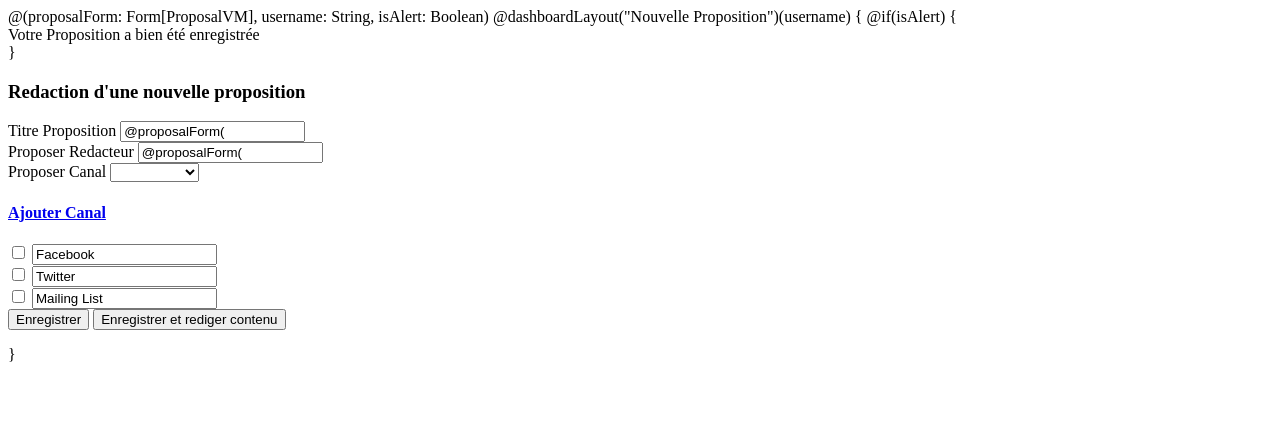
Repository: spirale-software/labo_master
Page: Application/oneDotCom/app/views/proposalForm.scala.html
The author's editor kept a copy of each file at every save. The page is drawn from the files as they stood at one save, then again after the next save.
The browser window is 1280 px wide. The pictures show the whole page.

Above is the page before, as saved 2017-03-31 20:36:46.

### Application/oneDotCom/app/views/proposalForm.scala.html
@(proposalForm: Form[ProposalVM], username: String, isAlert: Boolean)

@dashboardLayout("Nouvelle Proposition")(username) {
	<meta content="text/html; charset=UTF-8" http-equiv="Content-Type">

	@if(isAlert) {
		<div class="alert alert-success" role="alert"> Votre Proposition a bien été enregistrée</div>
	}

	<div class="panel panel-default">
                <!-- Default panel contents -->
                <div class="panel-heading"><h3>Redaction d'une nouvelle proposition</h3></div>

                <form method="post" action="@routes.ProposalController.addProposalAction">
                    <div class="container divProposition">
                        <div class="form-group">
                            <label for="proposalTitle">Titre Proposition</label>
                            <input type="text" class="form-control" name="@proposalForm("proposalName").name"
                                   value="@proposalForm("proposalName").value" placeholder="Titre de la proposition">
                        </div>
                        <div class="form-group">
                            <label for="assignedWriter">Proposer Redacteur</label>
                            <input type="text" class="form-control" name="@proposalForm("proposedWriter").name"
                            	value="@proposalForm("proposedWriter").value" placeholder="Redacteur">
                        </div>
                        <div class="form-group">
                            <label for="inputCanal">Proposer Canal</label>
                            <select id="inputCanal" class="form-control" name="@proposalForm("proposedChannel").name" >
                                <option></option>
                                <option>Facebook</option>
                                <option>Twitter</option>
                                <option>Mailing List</option>
                            </select>
                        </div>



                <div class="panel-group" id="accordion" role="tablist" aria-multiselectable="true">
                <div class="panel panel-default">
                    <div class="panel-heading" role="tab" id="headingOne">
                        <h4 class="panel-title">
                            <a role="button" data-toggle="collapse" data-parent="#accordion" href="#collapseOne" aria-expanded="true" aria-controls="collapseOne">
                                Ajouter Canal
                            </a>
                        </h4>
                    </div>
                    <div id="collapseOne" class="panel-collapse collapse in" role="tabpanel" aria-labelledby="headingOne">
                        <div class="panel-body">

                        <div class="form-group">



                        	<div class="row">

							    <div class="input-group" style="width:300px">
							      <span class="input-group-addon">
							        <input type="checkbox" aria-label="...">
							      </span>
							      <input type="text" class="form-control" aria-label="..." value="Facebook">
							    </div><!-- /input-group -->

							    <div class="input-group">
							      <span class="input-group-addon">
							        <input type="checkbox" aria-label="...">
							      </span>
							      <input type="text" class="form-control" aria-label="..." value="Twitter">
							    </div><!-- /input-group -->

							    <div class="input-group">
							      <span class="input-group-addon">
							        <input type="checkbox" aria-label="...">
							      </span>
							      <input type="text" class="form-control" aria-label="..." value="Mailing List">
							    </div><!-- /input-group -->


							</div><!-- /.row -->



                        </div>



                        </div>
                    </div>
                </div>

            </div>





                        <div>
                            <button type="submit" class="btn btn-primary" id="save">Enregistrer</button>
                            <button type="submit" class="btn btn-primary" id="saveAndRedact">Enregistrer et rediger contenu</button>
                        </div>
                    </div>
                </form>

            </div>

}

After the next save:
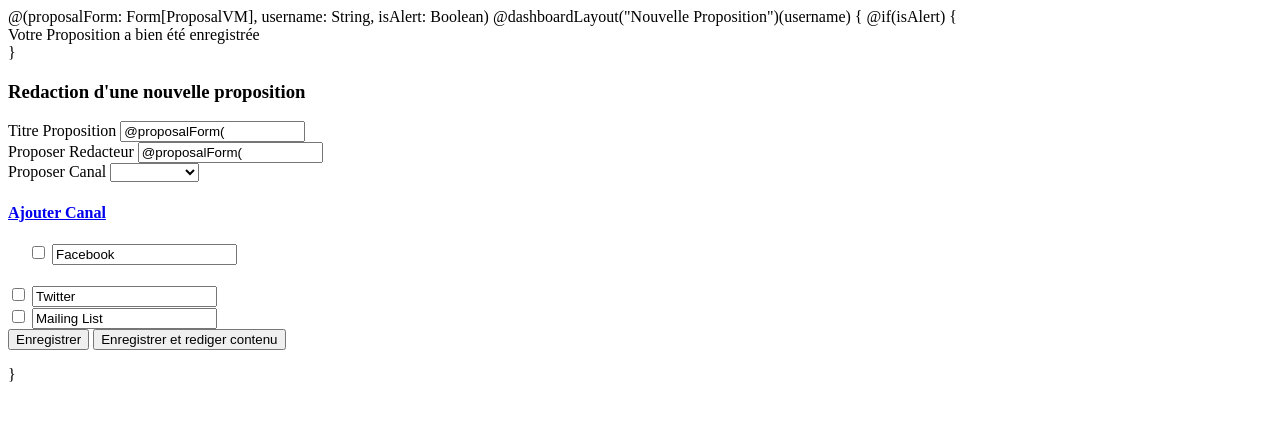
Saved 45 s later.
--- a/Application/oneDotCom/app/views/proposalForm.scala.html
+++ b/Application/oneDotCom/app/views/proposalForm.scala.html
@@ -53,7 +53,7 @@
 
                         	<div class="row">
 
-							    <div class="input-group" style="width:300px">
+							    <div class="input-group" style="width:300px; margin-left:20px; margin-bottom: 20px">
 							      <span class="input-group-addon">
 							        <input type="checkbox" aria-label="...">
 							      </span>
